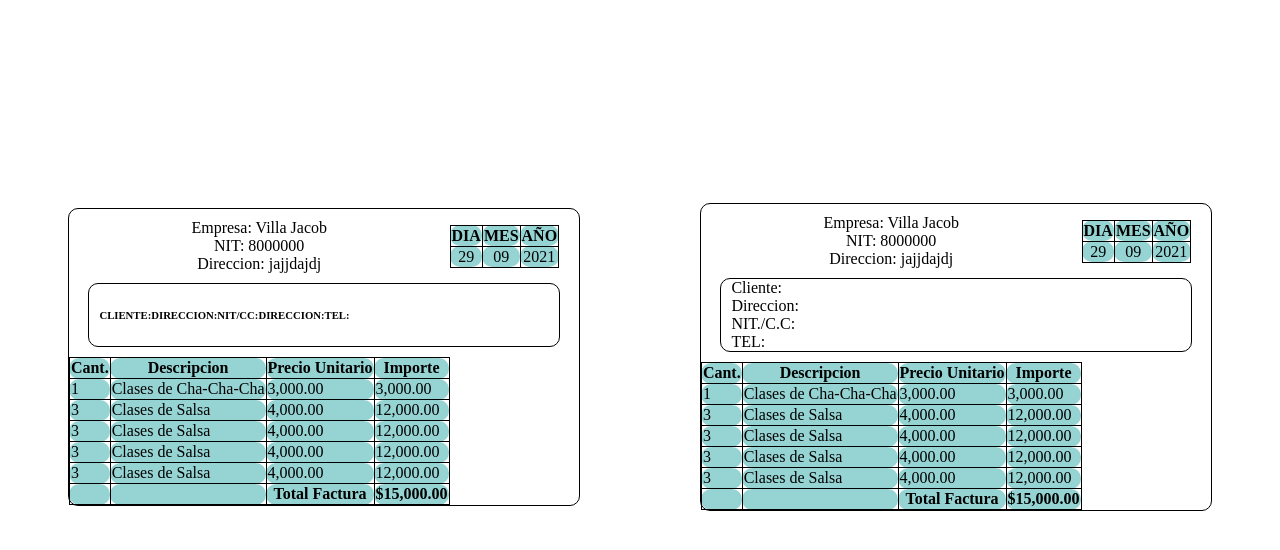
Repository: MrVanQish/FacturaEstructura
Page: index.html
An editor plug-in stored every save of this project. The page is shown before and after the next save, followed by the edit.
The browser window is 1280 px wide. The pictures show the whole page.

Above is the page before, as saved 2021-09-29 12:03:49.

After the next save:
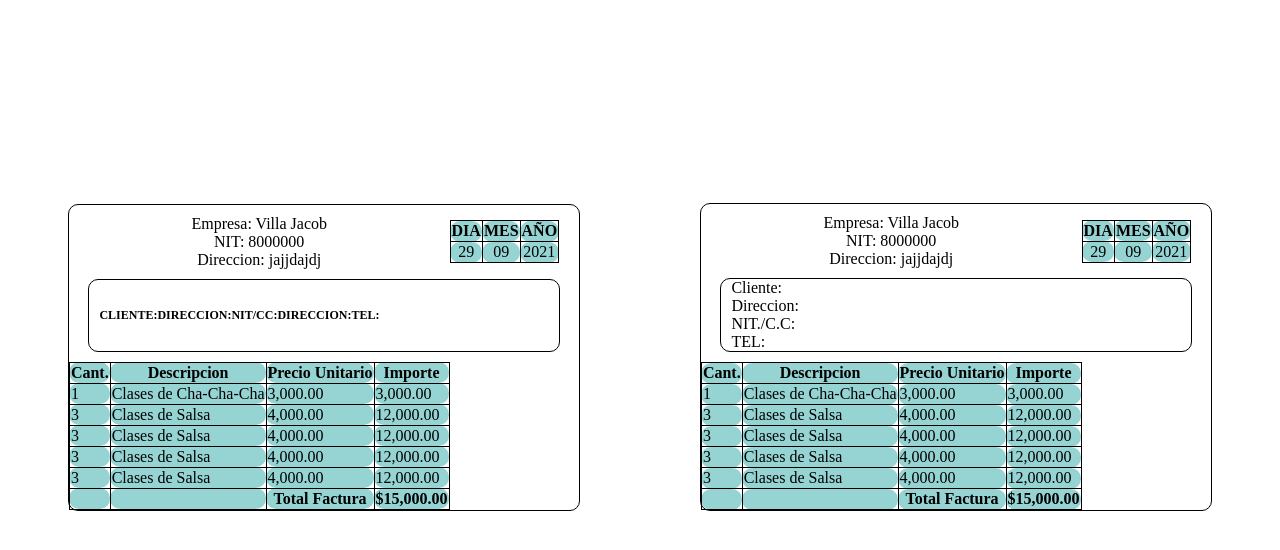
Saved 6 s later.
--- a/styles.css
+++ b/styles.css
@@ -89,7 +89,7 @@ th, td {
 }
 
 .infoCliente-f > h6{
- font-size: ;
+ font-size: 12px ;
 
 
 
